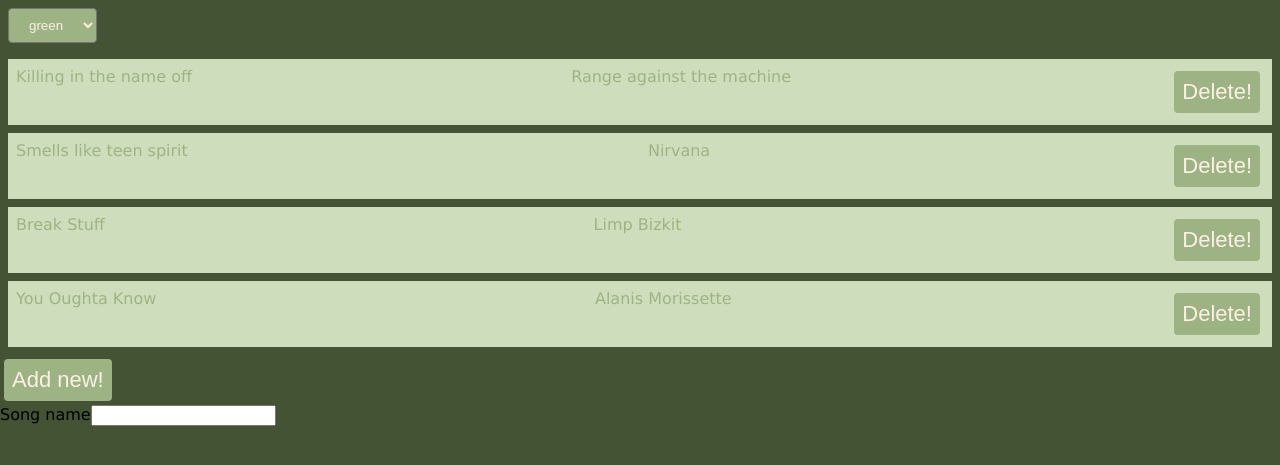
Repository: majakesin/moodify-app
Page: /angry, after clicking the first element matching `div > :nth-child(5)`
The author's editor kept a copy of each file at every save. The page is drawn from the files as they stood at one save, then again after the next save.
The browser window is 1280 px wide. The pictures show the whole page.
The project was rebuilt for these pictures with package versions that can differ from the ones it lists, and the page was loaded fresh each time. Also part of the build but not shown: src/data/moods.js, src/components/Mood/index.jsx, src/pages/ChooseMood/index.module.css, src/pages/ChooseMood/index.jsx.

Above is the page before, as saved 2023-08-22 12:29:28.

### public/index.html
<!DOCTYPE html>
<html lang="en">
  <head>
    <meta charset="utf-8" />
    <link rel="icon" href="%PUBLIC_URL%/logo.svg" />
    <meta name="viewport" content="width=device-width, initial-scale=1" />
    <meta name="theme-color" content="#000000" />
    <meta
      name="description"
      content="Moodify -- App that gives yours ears the best music based on your mood"
    />
    <link rel="apple-touch-icon" href="%PUBLIC_URL%/logo.svg" />
    <!--
      manifest.json provides metadata used when your web app is installed on a
      user's mobile device or desktop. See https://developers.google.com/web/fundamentals/web-app-manifest/
    -->
    <link rel="manifest" href="%PUBLIC_URL%/manifest.json" />
    <!--
      Notice the use of %PUBLIC_URL% in the tags above.
      It will be replaced with the URL of the `public` folder during the build.
      Only files inside the `public` folder can be referenced from the HTML.

      Unlike "/favicon.ico" or "favicon.ico", "%PUBLIC_URL%/favicon.ico" will
      work correctly both with client-side routing and a non-root public URL.
      Learn how to configure a non-root public URL by running `npm run build`.
    -->
    <title>Moodify</title>
  </head>
  <body>
    <noscript>You need to enable JavaScript to run this app.</noscript>
    <div id="root"></div>
    <!--
      This HTML file is a template.
      If you open it directly in the browser, you will see an empty page.

      You can add webfonts, meta tags, or analytics to this file.
      The build step will place the bundled scripts into the <body> tag.

      To begin the development, run `npm start` or `yarn start`.
      To create a production bundle, use `npm run build` or `yarn build`.
    -->
  </body>
</html>

### src/index.js
import React from 'react';
import ReactDOM from 'react-dom/client';
import './index.css';
import {
  RouterProvider,
} from "react-router-dom";
import {router} from './router';
import reportWebVitals from './reportWebVitals';
import ThemeWrap from './pages/ThemeWrap';

const root = ReactDOM.createRoot(document.getElementById('root'));
root.render(
  <React.StrictMode>
    <ThemeWrap>
    <RouterProvider router={router} />
    </ThemeWrap>
  </React.StrictMode>
);

// If you want to start measuring performance in your app, pass a function
// to log results (for example: reportWebVitals(console.log))
// or send to an analytics endpoint. Learn more: https://bit.ly/CRA-vitals
reportWebVitals();

### src/index.css
body {
  margin: 0;
  font-family: -apple-system, BlinkMacSystemFont, 'Segoe UI', 'Roboto', 'Oxygen',
    'Ubuntu', 'Cantarell', 'Fira Sans', 'Droid Sans', 'Helvetica Neue',
    sans-serif;
  -webkit-font-smoothing: antialiased;
  -moz-osx-font-smoothing: grayscale;
}

code {
  font-family: source-code-pro, Menlo, Monaco, Consolas, 'Courier New',
    monospace;
}

@import '../src//styles/variables.css';

body {
  background-color: var(--first-color);
  font-family:'Lucida Sans', 'Lucida Sans Regular', 'Lucida Grande', 'Lucida Sans Unicode', Geneva, Verdana, sans-serif;
}
button {
  border: none;
  border-radius: 4px;
  padding: 8px;
  font-size: 22px;;
  margin: 4px;
  background-color: var(--second-color);
  color: var(--fourth-color);
}

button:hover {
  cursor: pointer;
}

select {
  border-radius: 4px;
  padding: 8px 16px;
  margin: 8px;
  background-color: var(--second-color);
  color: var(--fourth-color);
}

### src/router.jsx
import {
    createBrowserRouter,
} from "react-router-dom";
import ChooseMood from 'src/pages/ChooseMood';
import SongList from 'src/pages/SongList';


export const router = createBrowserRouter([
    {
        path: "/",
        element: <ChooseMood />
    },
    {
        path: "/:type",
        element: <SongList />
    }
]);

### src/pages/ThemeWrap/index.jsx
import { useEffect, useMemo, useState } from 'react';
import { setThemeOnFirstRender, setTheme, THEME_KEY } from 'src/utils';

const THEME_LIST = ['green', 'blue', 'pink'];

const ThemeWrap = (props) => {
    const { children } = props;
    const [currentTheme, setCurrentTheme] = useState(localStorage.getItem(THEME_KEY));

    const onChangeTheme = (e) => {
        setCurrentTheme(e.target.value);
        setTheme(e.target.value);
    }

    useEffect(() => {
        setThemeOnFirstRender();
    }, []);

    const selectOptions = useMemo(() => (
        THEME_LIST.map((theme) => (
            <option value={theme}>{theme}</option>
        ))
    ), []);

    return (
        <div>
            <select value={currentTheme} onChange={onChangeTheme}>
                {selectOptions}
            </select>
            {children}
        </div>);
}
export default ThemeWrap;

### src/pages/SongList/index.jsx
import { useMemo, useState, useCallback } from 'react';
import { useLocation } from 'react-router';
import Song from 'src/components/Song';
import { songs } from 'src/data/songs';

const SongList = () => {

    const songType = useLocation().pathname.split('/')[1];
    const songsToDisplay = songs[songType];

    const [showForm, setShowForm] = useState(false);
    const [newSong, setNewSong] = useState({ name: '', author: '' });

    //Example of the memoization
    const songsList = useMemo(() => (
        songsToDisplay.map((song, index) => (
            <Song {...song} index={index} type={songType} />)
        )), [songsToDisplay, songType]);

    const onShowForm = useCallback(() => setShowForm(!showForm), [showForm]);

    const form = useMemo(() => {
        const { name, author } = newSong;
        if (!showForm) {
            return null;
        }
        return (
            <div>
                <label>Song name</label>
                <input type="text" name="Name" value={name} />
            </div>
        )
    }, [showForm, newSong]);
    return (
        <div>
            {songsList}
            <button onClick={onShowForm}> Add new! </button>
            {form}
        </div>
    )
}

export default SongList;

### src/utils/index.js
/* Example to show that functions that we are gonna use multiple in different components is okay to place in one file,
also I would probably on real project separate the constants in one file and functions in another..
*/

export const THEME_KEY = 'theme';
export const DEFAULT_THEME = 'green';

export const setTheme = theme => {
    localStorage.setItem(THEME_KEY, theme);
    document.documentElement.className = theme;
};

export const setThemeOnFirstRender = () => {
    const theme = localStorage.getItem(THEME_KEY);
    if(theme) {
        document.documentElement.className = theme;
        return;
    }
    document.documentElement.className = DEFAULT_THEME;
}

### src/components/Song/index.jsx
import styles from './index.module.css';
import { songs } from 'src/data/songs';

const Song = (props) => {

    const { name, author, index, type } = props;

    const onDelete = () => {
        songs[type].splice(index, 1);
    }

    return (
        <div className={styles.wrap}>
            <span>{name}</span>
            <span>{author}</span>
            <button onClick={onDelete}>Delete!</button>
        </div>
    )

};
export default Song;

### src/data/songs.js
export const songs = {
        'excited': [
            {
                name: 'Let,s Go Crazy',
                author: 'Prince',
            },
            {
                name: 'I Got You (I Feel Good)',
                author: 'James Brown & The Famous Flames',
            },
            {
                name: 'Dont Stop Me Now',
                author: 'Queen',
            },
            {
                name: 'Good as Hell',
                author: 'Lazoo'
            }
        ],
        'happy': [
                {
                    name: 'Say Yes',
                    author: 'Michelle Williams feat. Beyoncé and Kelly Rowland',
                },
                {
                    name: 'Valerie',
                    author: 'Mark Ronson feat. Amy Winehouse'

                },
                {
                    name: 'Tightrope',
                    author: 'Janelle Monáe',
                },
                {
                    name: 'Walking on Sunshine',
                    author: 'Katrina and the Waves',
                }
            ],
    'neutral': [
            {
                name: 'Baby Love',
                author: 'The Supremes',
            },
            {
                name: 'Truth Hurts',
                author: 'Lizzo',
            },
            {
                name: 'Without You',
                author: 'Carly Simon',
            },
            {
                name: 'You’re So Vain',
                author: 'Carly Simon',
            }
        ],
    'sad': [
            {
                name: 'Beliver',
                author: 'Imagine Dragons',
            },
            {
                name: 'In the end',
                author: 'Linkin Park',
            },
            {
                name: 'Nothing Compares to U',
                author: 'Sniead o Coner',
            },
            {
                name: 'Easy on me',
                author: 'Adele',
            },
        ],
    'angry': [
            {
                name: 'Killing in the name off',
                author: 'Range against the machine',
            },
            {
                name: 'Smells like teen spirit',
                author: 'Nirvana',
            },
            {
                name: 'Break Stuff',
                author: 'Limp Bizkit',
            },
            {
                name: 'You Oughta Know',
                author: 'Alanis Morissette',
            }
        ]
}

### src/components/Mood/index.module.css

@import '../../styles/variables.css';

.card {
    border: 1px solid var(--third-color);
    background-color: var(--third-color);
    border-radius: 4px;
    margin: 8px;
    padding: 8px;
    display: flex;
    min-width: 90vw;
    flex-direction: row;
    justify-content: space-between;
    color: var(--fourth-color);
}

.icon {
    color: var(--third-color);
}

.content {
    display: flex;
    flex-direction: column;
    align-items: center;
}

.desktop {
    @media only screen and (max-width: 600px) {
        display: none;
    }
}

### src/components/Song/index.module.css
@import '../../styles/variables.css';

.wrap {
    display: flex;
    flex-direction: row;
    justify-content: space-between;
    background-color: var(--third-color);
    color: var(--second-color);
    margin: 8px;
    padding: 8px;
}

### src/styles/variables.css

/*  I'would in this case give more meaningfull names for the variables like button-hover-color, or background..
    This is just because it's test example the numeric names.
 */

:root,
:root.green {
    --first-color: #435334;
    --second-color: #9EB384;
    --third-color: #CEDEBD;
    --fourth-color: #FAF1E4;
}
:root.blue {
    --first-color: #5585b5;
    --second-color: #53a8b6;
    --third-color: #79c2d0;
    --fourth-color: #bbe4e9;
}
:root.pink {
    --first-color: #45171d;
    --second-color: #e84a5f;
    --third-color: #ff847c;
    --fourth-color: #fecea8;
}

Loaded but not shown: src/reportWebVitals.js (common file)

After the next save:
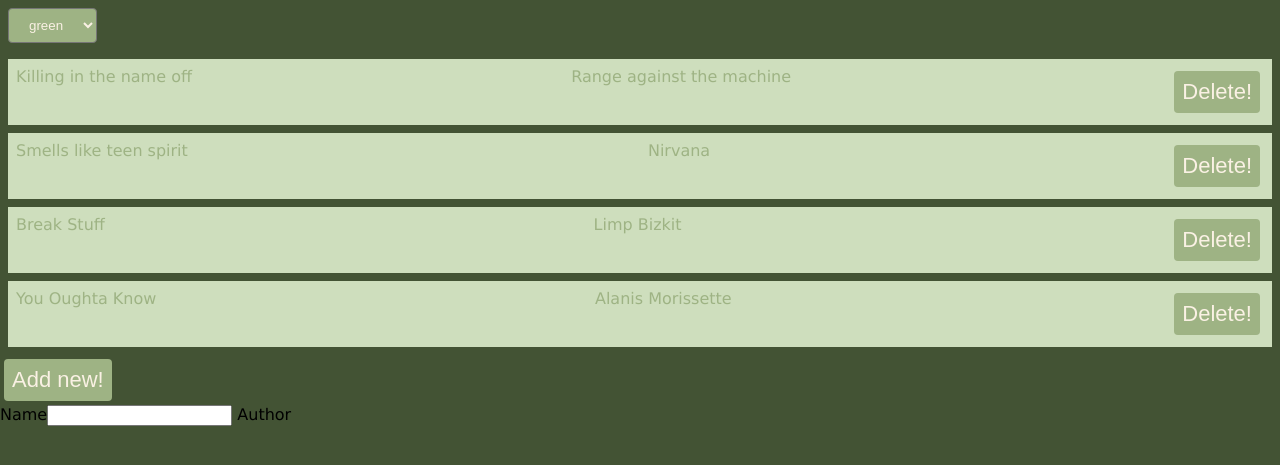
Saved 17 s later.
--- a/src/pages/SongList/index.jsx
+++ b/src/pages/SongList/index.jsx
@@ -26,8 +26,9 @@ const SongList = () => {
         }
         return (
             <div>
-                <label>Song name</label>
+                <label>Name</label>
                 <input type="text" name="Name" value={name} />
+                <label> Author </label>
             </div>
         )
     }, [showForm, newSong]);
